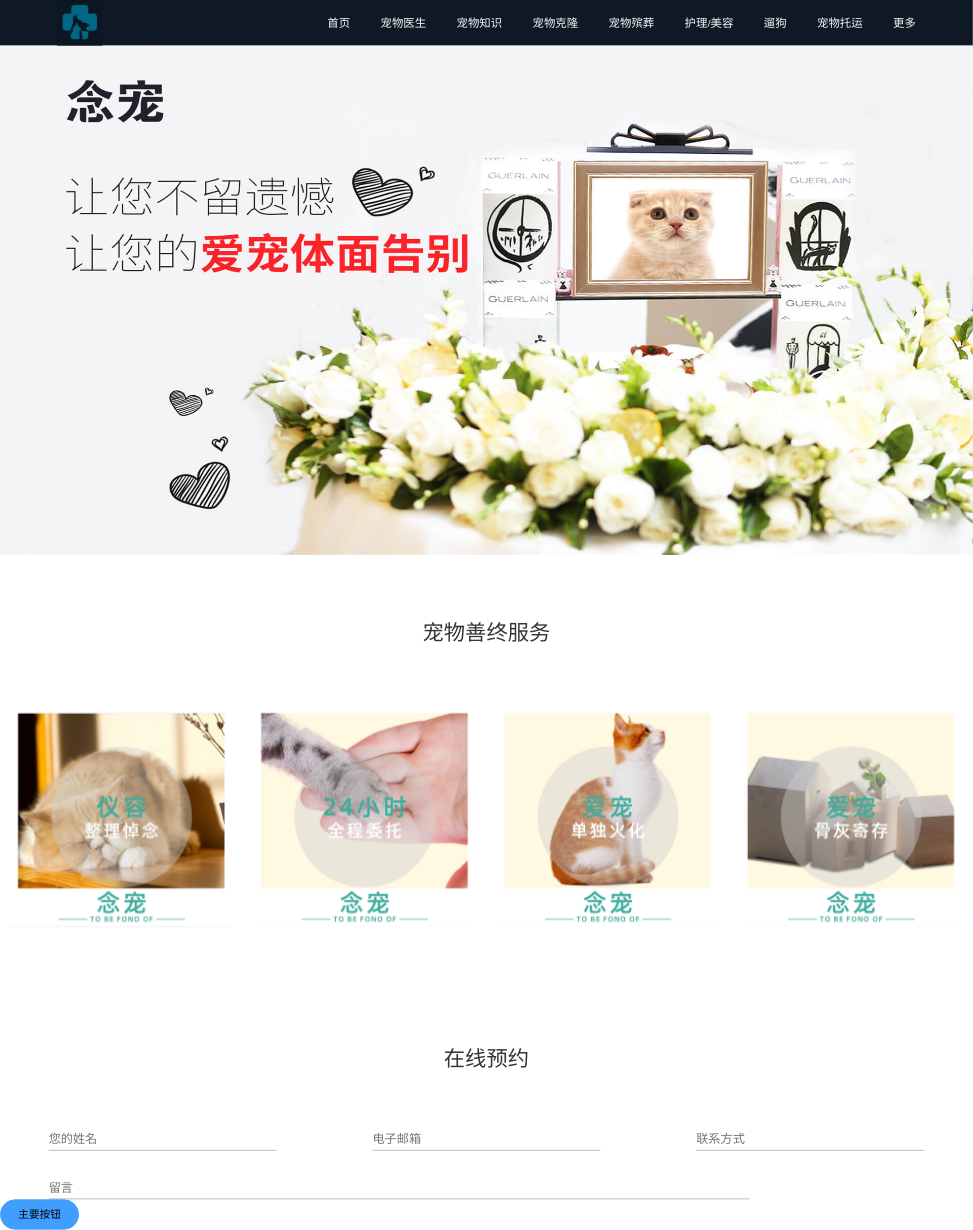
Repository: Sharang-heng/pet-hospital
Page: /petFuneral
These files come from the project's save history. The page is drawn as it stood at one moment and after the next save; the edit follows.
The browser window is 1280 px wide. The pictures show the whole page, at 76% of full size.
The project was rebuilt for these pictures with package versions that can differ from the ones it lists, and the page was loaded fresh each time. Also part of the build but not shown: vue.config.js, src/components/home_short.vue, src/views/HomePage.vue, src/components/footer.vue, src/views/counsel.vue, src/views/doctor.vue, src/views/knowledge.vue, src/views/clone.vue and 10 more. Imported but missing from the stored project, and not drawn on this page: src/assets/video/homepage.mp4.

Above is the page before, as saved 2021-01-13 14:07:23.

After the next save:
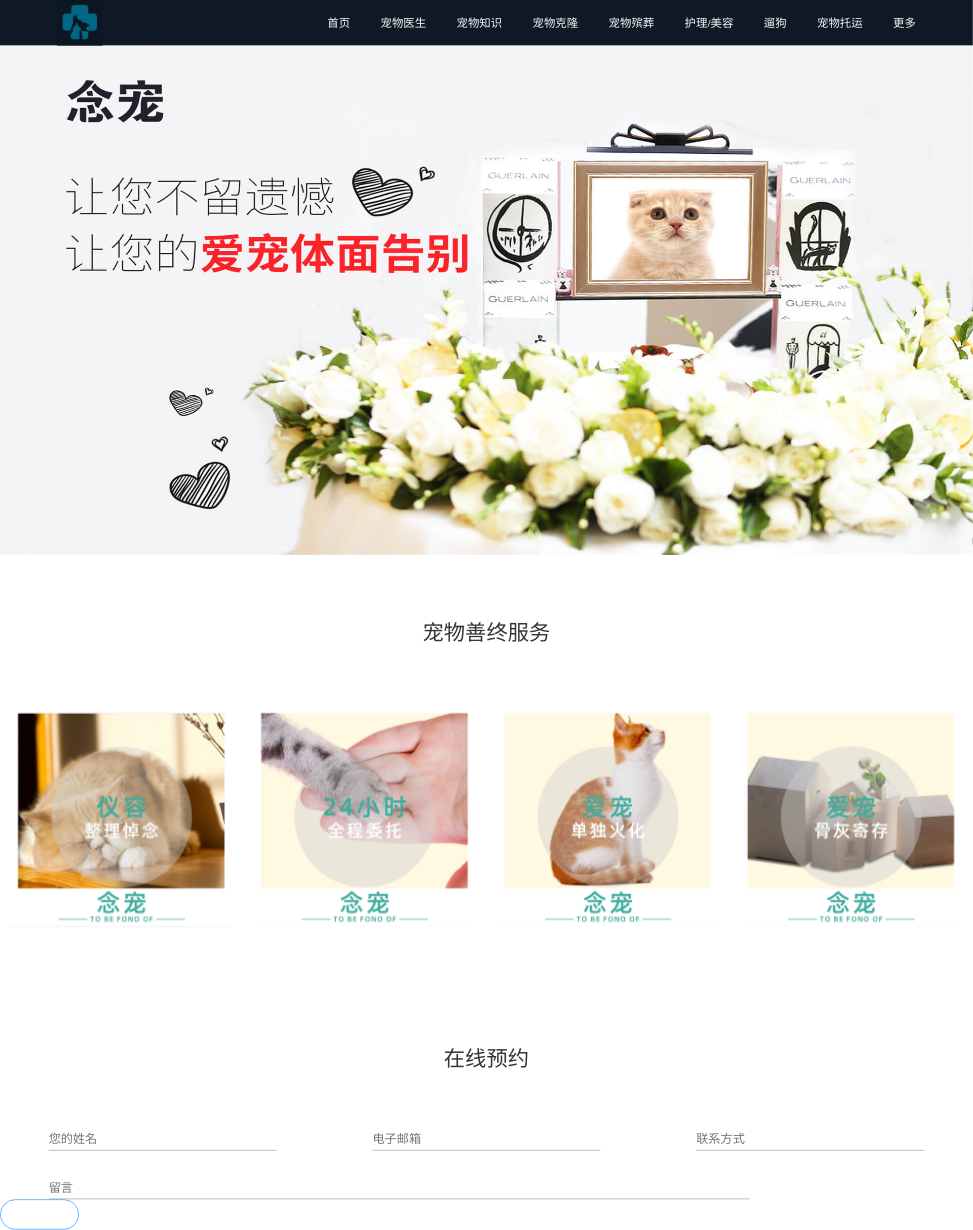
Saved 13 s later.
--- a/src/views/petFuneral.vue
+++ b/src/views/petFuneral.vue
@@ -149,7 +149,7 @@
       }
     }
     .button {
-      color: #000;
+      background-color: #fff;;
     }
   }
 }
